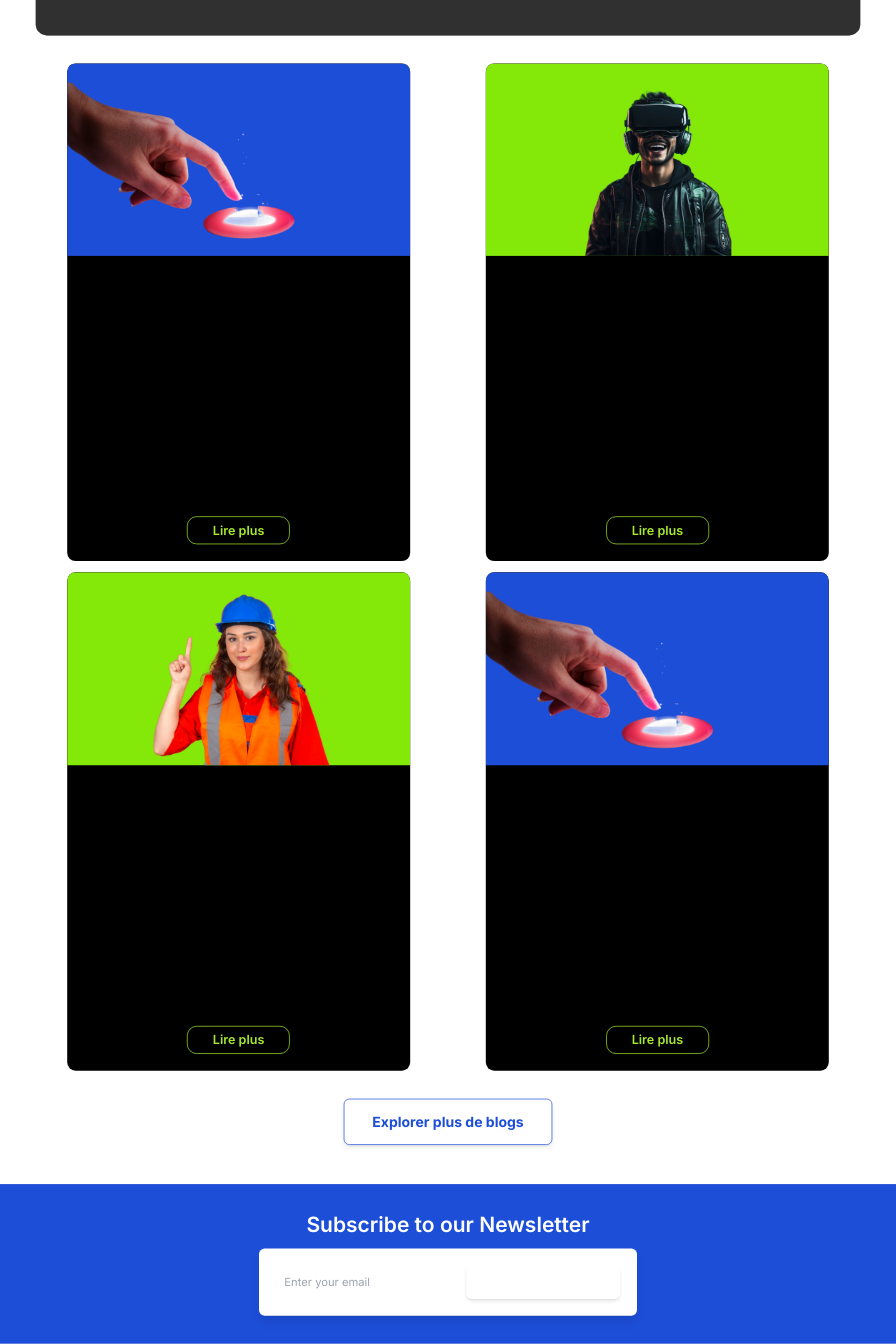
Repository: NassimeElkamari/test
Page: /blogs
These files come from the project's save history. The page is drawn as it stood at one moment and after the next save; the edit follows.
The browser window is 1280 px wide. The pictures show the part of the page from y = 601 to 2521 px (the page is 2521 px tall), at 70% of full size.
Pictures or frames that could not be fetched are drawn as grey boxes. The project was rebuilt for these pictures with package versions that can differ from the ones it lists, and the page was loaded fresh each time. The framework's server and built-in components were replaced by stand-ins that run in the browser. Also part of the build but not shown: next.config.mjs.

Above is the page before, as saved 2024-06-12 16:17:10.

After the next save:
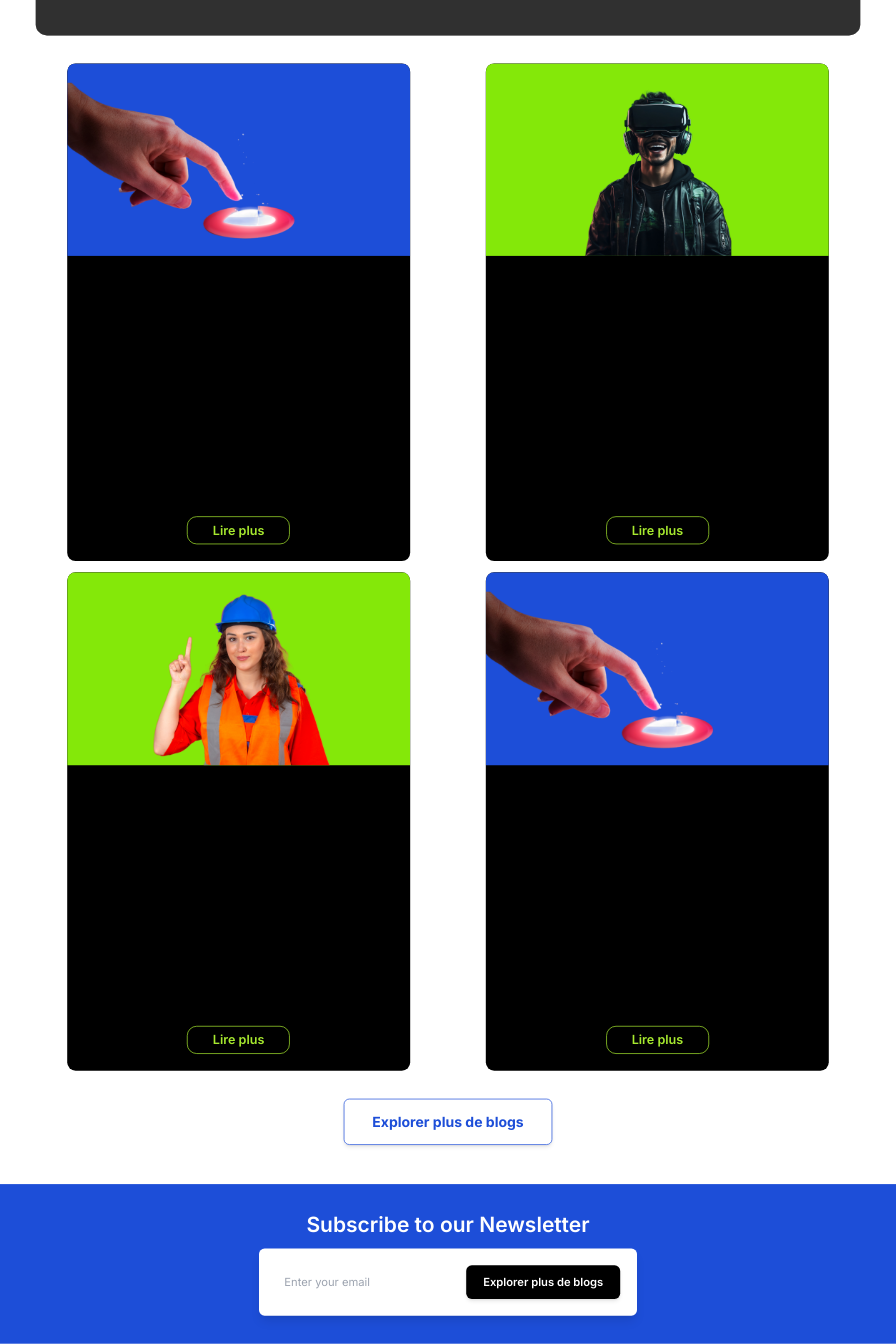
Saved 5 s later.
--- a/src/app/blogs/page.tsx
+++ b/src/app/blogs/page.tsx
@@ -74,7 +74,7 @@ const Blog = () => {
             placeholder="Enter your email"
             className="w-64 p-3 mb-4 sm:mb-0 sm:mr-4 rounded-lg focus:outline-none"
           />
-          <button className="bg-[#black] text-white font-semibold py-3 px-6 rounded-lg shadow-md hover:bg-[#1B4DB8]">
+          <button className="bg-black text-white font-semibold py-3 px-6 rounded-lg shadow-md hover:bg-[#1B4DB8]">
           Explorer plus de blogs
           </button>
         </div>
